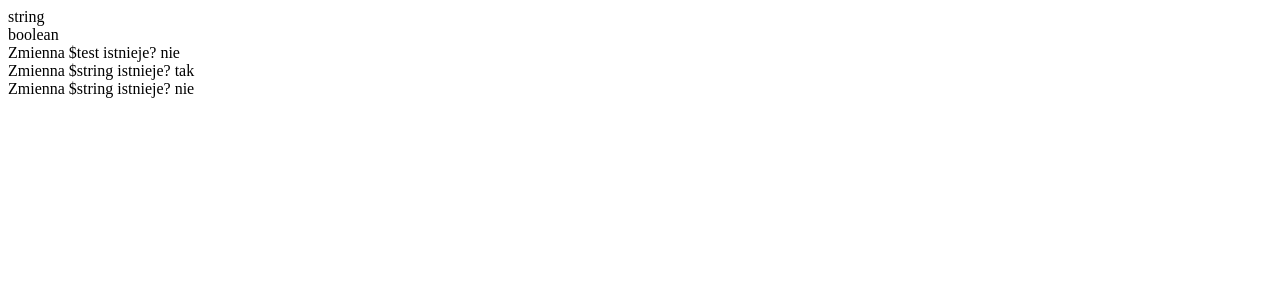
Repository: gabr/workspace
Page: http://localhost/
An editor plug-in stored every save of this project. The page is shown before and after the next save, followed by the edit.
The browser window is 1280 px wide. The pictures show the whole page.
The page is run by PHP 8.4 with error messages shown; the project is at /var/www/html/.

Above is the page before, as saved 2013-02-24 09:01:19.

### php 002 - sprawdzanie i ustawianie typow zmiennych/index.php
<?php

// string gettype(mixed zmienna);
// bool settype(mixed zmienna, string typ_zmiennej);

$string = "To jest napis.";
echo gettype($string)."<br>";
settype($string, "bool");
echo gettype($string)."<br>";

// testowanie typów:
// is_array()
// is_double(), is_float(), is_real()
// is_long(), is_int(), is_integer()
// is_string()
// is_bool()
// is_object()
// is_resource()
// is_null()
// is_scalar() <-- integer, boolean, string lub float
// is_numeric() <-- czy jest liczbą lub ciągiem znaków zawierającym same cyfry
// is_callable() <-- czy zmienna stanowi nazwę prawidłowej funkcji

echo 'Zmienna $test istnieje? '.(isset($test)? "tak" : "nie");
echo "<br>";
echo 'Zmienna $string istnieje? '.(isset($string)? "tak" : "nie");
echo "<br>";
unset($string);
echo 'Zmienna $string istnieje? '.(isset($string)? "tak" : "nie");

?>

After the next save:
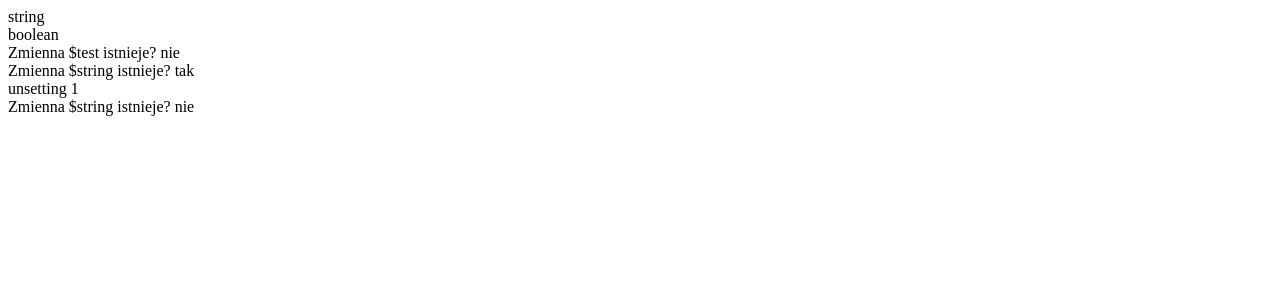
Saved 16 s later.
--- a/php 002 - sprawdzanie i ustawianie typow zmiennych/index.php
+++ b/php 002 - sprawdzanie i ustawianie typow zmiennych/index.php
@@ -24,7 +24,7 @@ echo gettype($string)."<br>";
 echo 'Zmienna $test istnieje? '.(isset($test)? "tak" : "nie");
 echo "<br>";
 echo 'Zmienna $string istnieje? '.(isset($string)? "tak" : "nie");
-echo "<br>";
+echo "<br>unsetting $string<br>";
 unset($string);
 echo 'Zmienna $string istnieje? '.(isset($string)? "tak" : "nie");
 
